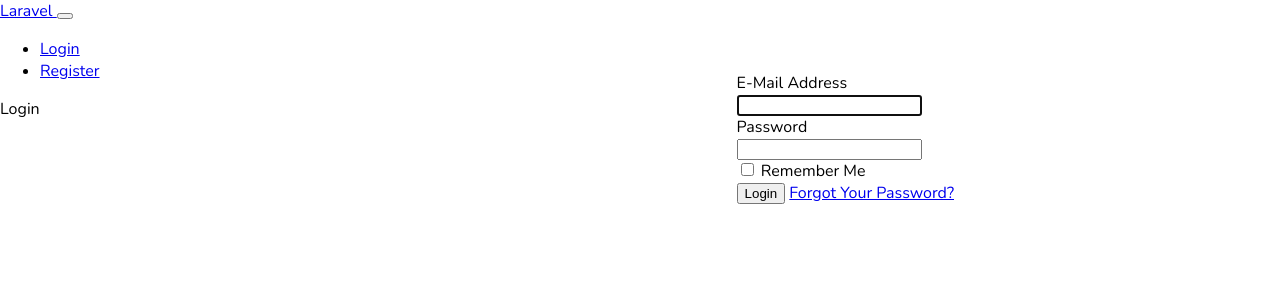
Repository: PatryxB/libraryBook
Page: http://localhost/login
An editor plug-in stored every save of this project. The page is shown before and after the next save, followed by the edit.
The browser window is 1280 px wide. The pictures show the whole page.
The page is served by the project's Laravel application, run on PHP 8.4 with Laravel 8. Other server files are loaded and not shown. Style sheets and scripts are compiled from the project's sources, by tool versions that may differ from the author's.

Above is the page before, as saved 2020-05-14 13:43:12.

### routes/web.php
<?php

use Illuminate\Support\Facades\Route;

/*
|--------------------------------------------------------------------------
| Web Routes
|--------------------------------------------------------------------------
|
| Here is where you can register web routes for your application. These
| routes are loaded by the RouteServiceProvider within a group which
| contains the "web" middleware group. Now create something great!
|
*/

Route::get('/', function () {
    return view('welcome');
});

Auth::routes();

Route::get('/home', 'HomeController@index')->name('home');
Route::post('/l', 'HomeController@store');

### resources/sass/app.scss
// Fonts
@import url('https://fonts.googleapis.com/css?family=Nunito');

// Variables
@import 'variables';

html, body{
    margin: 0;
    padding: 0;
    box-sizing: border-box;
    font-family: 'Nunito';
}
.banner img{
    width: 100%;
    height: 100vh;
    position: relative;
    filter: brightness(70%);
}
.welcome-text{
    position: absolute;
    top: 7%;
    left: 18%;
    color: white;
    font-size: 60px;
}
form{
    position: absolute;
    top: 10%;
    right: 20%;
    background-color: white;
    padding: 70px;
    padding-top: 0;
    border-radius: 25px;

}

Loaded but not shown: app/Http/Controllers/Auth/LoginController.php (common file); app/Http/Controllers/Controller.php (common file); app/Http/Controllers/Auth/ConfirmPasswordController.php (common file); resources/views/auth/login.blade.php (common file); resources/views/layouts/app.blade.php (common file); resources/sass/_variables.scss (common file)

After the next save:
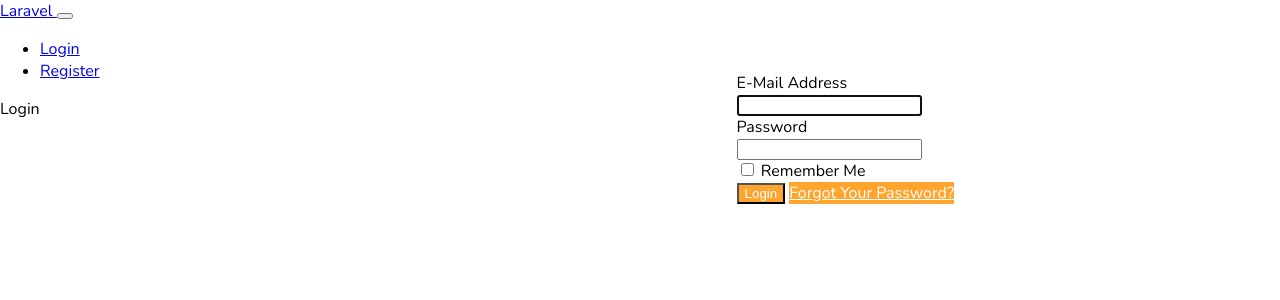
Saved 56 s later.
--- a/resources/sass/app.scss
+++ b/resources/sass/app.scss
@@ -31,5 +31,8 @@ form{
     padding: 70px;
     padding-top: 0;
     border-radius: 25px;
-
 }
+.btn{
+    background-color: rgb(255, 165, 46);
+    color: white;
+}
